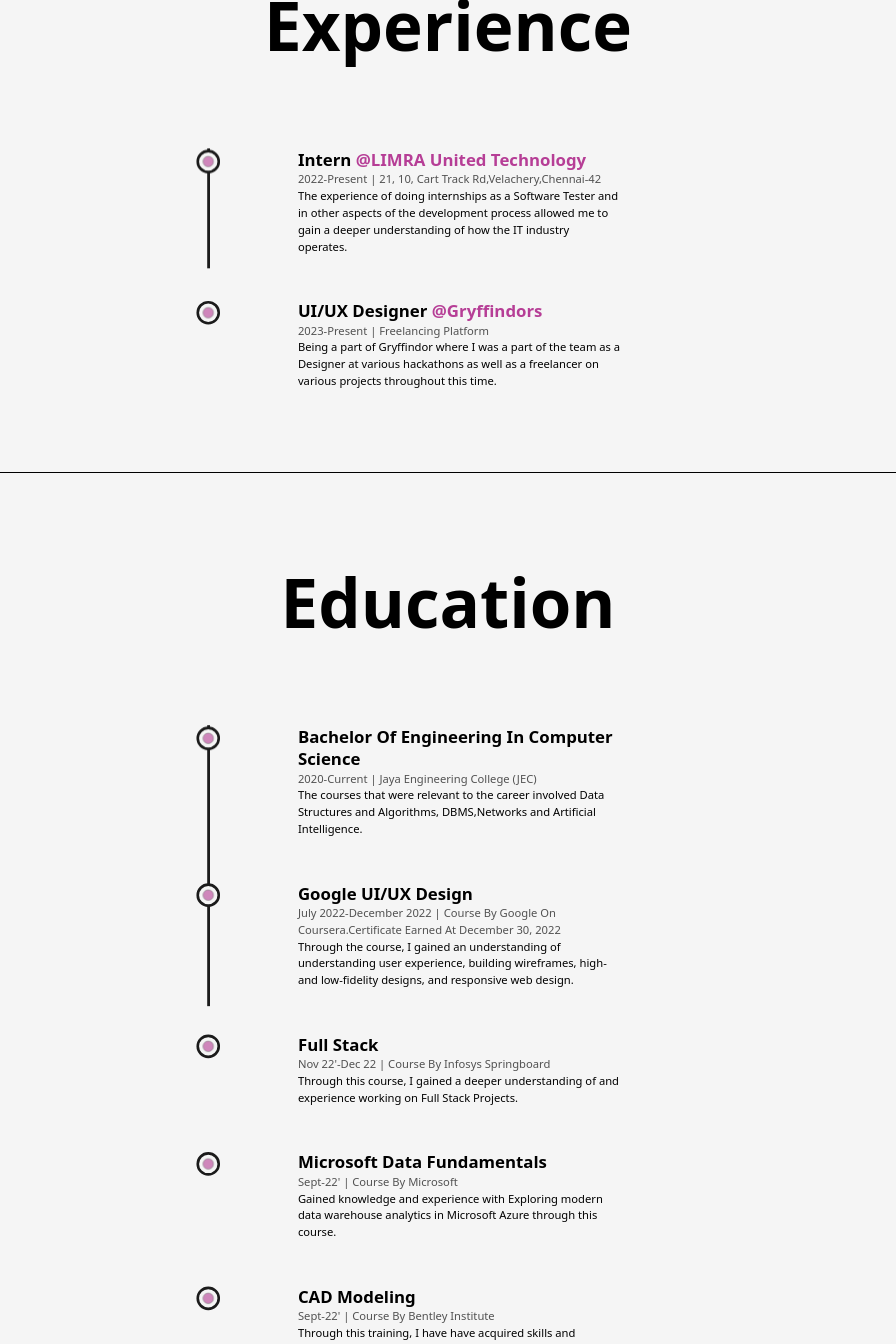
Repository: SMaheshwaran/PP
Page: /about
An editor plug-in stored every save of this project. The page is shown before and after the next save, followed by the edit.
The browser window is 1280 px wide. The pictures show the part of the page from y = 2230 to 4150 px (the page is 5036 px tall before and 5060 px after), at 70% of full size.
The project was rebuilt for these pictures with package versions that can differ from the ones it lists, and the page was loaded fresh each time. The framework's server and built-in components were replaced by stand-ins that run in the browser. Also part of the build but not shown: next.config.js.

Above is the page before, as saved 2023-06-23 16:20:35.

### src/pages/_app.js
import Footer from '@/components/Footer';
import NavBar from '@/components/NavBar';
import '@/styles/globals.css'
import {Montserrat} from "next/font/google"
import Head from 'next/head'
import {AnimatePresence } from "framer-motion"
import { useRouter } from 'next/router';

const montserrat = Montserrat({
  subsets: ["latin"],
  variable:"--font-mont"
})

export default function App({ Component, pageProps }) {
  const router = useRouter();
  return (
    <>
    < Head>
    <meta name="viewport" content="width=device-width, initial-scale=1" />
    <link rel="icon" href="/favicon.ico" />
    </Head>

    <main className={`${montserrat.variable} font-mont bg-light dark:bg-dark w-full min-h-screen`}>
      <NavBar />
      <AnimatePresence mode="wait">
        <Component key={router.asPath} {...pageProps} />
      </AnimatePresence>
      <Footer />
  </main>
    </>
  );
}

### src/pages/_document.js
import { Html, Head, Main, NextScript } from 'next/document'
import Script from 'next/script'

export default function Document() {
  return (
    <Html lang="en">
      <Head />
      <body>
        <Script id="theme-switcher" strategy='beforeInteractive'>
          {`if (localStorage.theme === 'dark' || (!('theme' in localStorage) && window.matchMedia('(prefers-color-scheme: dark)').matches)) {
  document.documentElement.classList.add('dark')
} else {
  document.documentElement.classList.remove('dark')
}`}
        </Script>
        <Main />
        <NextScript />
      </body>
    </Html>
  )
}

### src/components/Footer.js
import React from 'react'
import Layout from './Layout'
import Link from 'next/link'

const Footer = () => {
  return (
    <footer className='w-full text-lg font-medium border-t-2 border-solid border-dark dark:text-light dark:border-light sm:text-base'>
        <Layout className='flex items-center justify-between py-8 lg:flex-col lg:py-6'>
            <span>{new Date().getFullYear()} &copy; All Rights Reserved.</span>
            <div className='flex items-center lg:py-2'>
                Build With <span className='px-1 text-2xl text-primary dark:text-primaryDark'>&#9825;</span>
            by&nbsp;<Link href="https://instagram.com/__._.mahi._._?igshid=ZDdkNTZiNTM=" target={"_blank"} className='underline underline-offset-2'>Mahesh</Link>
            </div>
            <Link href="https://www.instagram.com/mui_mux/" target={"_blank"} className='underline underline-offset-2'>Ping Me!</Link>
        </Layout>
    </footer>
  )
}

export default Footer

### src/components/AnimatedText.js
import React from 'react'
import {motion } from 'framer-motion'

const quote = {
    initial:{
        opactiy:1,
    },
    animate:{
       opactiy:1,
       transition:{
           delay:0.5,
           staggerChildren: 0.08,

       }
    }
}

const singleWord = {
    initial:{
        opactiy:0,
        y:50,
    },
    animate:{
       opactiy:1,
       y:0,
       transition:{
           duration:1,
       }
    }
}

const AnimatedText = ({text, className=""}) => {
  return (
    <div className='flex items-center justify-center w-full py-2 mx-auto overflow-hidden text-center sm:py-0'>
        <motion.h1 className={`inline-block w-full text-dark font-bold capitalize text-8xl dark:text-light ${className}`}
        variants={quote}
        initial="initial"
        animate="animate"
        >
            {

                text.split(" ").map((word,index) =>
                <motion.span key={word+'-'+index} className="inline-block"
                variants={singleWord}
                >
                    {word}&nbsp;
                </motion.span>
                )
            }
            </motion.h1>
        </div>
  )
}

export default AnimatedText

### src/components/Layout.js
import React from 'react'

const Layout = ({children,className=""}) => {
  return (
    <div className={`w-full h-full inline-block z-0 bg-light p-32 dark:bg-dark xl:p-24 lg:p-16 md:p-12 sm:p-8  ${className}`}>
        {children}
    </div>
  )
}

export default Layout

### src/components/Skills.js
import React from 'react'
import {motion} from "framer-motion"

const Skill = ({name,x,y}) => {

  return(
    <motion.div className='flex items-center justify-center rounded-full font-semibold bg-dark text-light
    py-3 px-6 shadow-dark cursor-pointer absolute dark:text-dark dark:bg-light
    lg:py-2 lg:px-4 md:text-sm md:py-1.5 md:px-3 xs:bg-transparent xs:dark:bg-transparent
    xs:text-dark xs:dark:text-light xs:font-bold
    '
    whileHover={{scale:1.05}}
    initial={{x:0,y:0}}
    whileInView={{ x:x, y:y, transition: {duration:1.5} }}
    viewport={{once:true}}
    >
      {name}
    </motion.div>
  )
}

const Skills = () => {
  return (
    <>
    <h2 className='w-full mt-64 font-bold text-center text-8xl md:text-6xl md:mt-32'>Skills</h2>
    <div className='relative flex items-center justify-center w-full h-screen rounded-full bg-circularLight dark:bg-circularDark
    lg:h-[80vh] sm:h-[60vh] xs:h-[50vh]
    lg:bg-circularLightLg lg:dark:bg-circularDarkLg
    md:bg-circularLightMd md:dark:bg-circularDarkMd
    sm:bg-circularLightSm sm:dark:bg-circularDarkSm
    '>
      <motion.div className='flex items-center justify-center p-8 font-semibold rounded-full cursor-pointer bg-dark text-light shadow-dark dark:text-dark dark:bg-light lg:p-6 md:p-4 xs:text-xs xs:p-2 '
      whileHover={{scale:1.05}}
      >Web
      </motion.div>

      <Skill name="HTML" x="-20vw" y="2vw"/>
      <Skill name="CSS" x="3vw" y="-7vw"/>
      <Skill name="Javascript" x="20vw" y="4vw"/>
      <Skill name="ReactJS" x="-10vw" y="11vw"/>
      <Skill name="NextJS" x="-22vw" y="-15vw"/>
      <Skill name="Web Design" x="32vw" y="-6vw"/>
      <Skill name="Graphic Design" x="15vw" y="-15vw"/>
      <Skill name="Figma" x="-7vw" y="-21vw"/>
      <Skill name="Tailwindcss" x="-29vw" y="18vw"/>
      <Skill name="Adobe XD" x="9vw" y="-24vw"/>



    </div>
    </>
  )
}

export default Skills

### src/components/Experience.js
import {React,useRef } from 'react';
import { motion,useScroll } from "framer-motion"
import LiIcon from './LiIcon';

const Details = ({position,company,companyLink,time,address,work}) =>{
    const ref = useRef(null);


    return (

    <li ref={ref} className="my-8 first:mt-0 last:mb-0 w-[60%] mx-auto flex flex-col items-center justify-between md:w-[80%]">

           <LiIcon reference={ref}/>
            <motion.div
            initial={{y:50}}
            whileInView={{y:0}}
            transition={{duration:0.5,type:"spring"}}
            >
                <h3 className="text-2xl font-bold capitalize sm:text-xl xs:text-lg">{position}&nbsp;<a href={companyLink}
                target="_blank"
                className="capitalize dark:text-primaryDark text-primary"
                >@{company}</a></h3>
                <span className="font-medium capitalize text-dark/75 dark:text-light/75 xs:text-sm">
                   {time} | {address}
                </span>
                <p className="w-full font-medium md:text-sm">
                    {work}
                </p>
            </motion.div>
     </li>
  );
};



const Experience = () => {
    const ref = useRef (null);
    const {scrollYProgress} = useScroll(
        {
            target: ref,
            offset: ["start end", "center start"]

        }
    )
  return (
    <div className="my-64">
     <h2 className="w-full mb-32 font-bold text-center text-8xl md:text-6xl xs:text-4xl md:mb-16">
         Experience
         </h2>

    <div ref={ref}className="w-[75%] mx-auto relative lg:w-[90%] md:w-full">

<motion.div
style={{scaleY: scrollYProgress}}
className="absolute left-10 top-0 w-[4px] h-full bg-dark origin-top bg-dark origin-top dark:bg-light
md:w-[2px] md:left-[35px] xs:left-[33px]
"/>
        <ul className="flex flex-col items-start justify-between w-full ml-4 xs:ml-5">
            <Details
            position="Intern"
            company="LIMRA United Technology"
            commpanyLink="https://www.linkedin.com/company/limraunited/mycompany/"
            time="2022-Present"
            address="21, 10, Cart Track Rd,Velachery,Chennai-42"
            work="The experience of doing internships as a Software Tester and in other aspects of the development process allowed me to gain a deeper understanding of how the IT industry operates."
            />

<Details
            position="UI/UX Designer"
            company="Gryffindors"
            commpanyLink="https://gryffindors.vercel.app/"
            time="2023-Present"
            address="Freelancing Platform"
            work="Being a part of Gryffindor where I was a part of the team as a Designer at various hackathons as well as a freelancer on various projects throughout this time."
            />




        </ul>

        </div>

    </div>
  )
}

export default Experience

### src/components/Education.js
import {React,useRef } from 'react';
import { motion,useScroll } from "framer-motion"
import LiIcon from './LiIcon';

const Details = ({type,time,place,info}) =>{
    const ref = useRef(null);


    return (

    <li ref={ref} className="my-8 first:mt-0 last:mb-0 w-[60%] mx-auto flex flex-col items-center justify-between md:w-[80%]">

           <LiIcon reference={ref}/>
            <motion.div
            initial={{y:50}}
            whileInView={{y:0}}
            transition={{duration:0.5,type:"spring"}}
            >
                <h3 className="text-2xl font-bold capitalize sm:text-xl xs:text-lg">
                    {type}
                </h3>
                <span className="font-medium capitalize text-dark/75 dark:text-light/75 xs:text-sm">
                   {time} | {place}
                </span>
                <p className="w-full font-medium md:text-sm">
                    {info}
                </p>
            </motion.div>
     </li>
  );
};



const Education = () => {
    const ref = useRef (null);
    const {scrollYProgress} = useScroll(
        {
            target: ref,
            offset: ["start end", "center start"]

        }
    )
  return (
    <div className="my-64">
     <h2 className="w-full mb-32 font-bold text-center text-8xl md:text-6xl xs:text-4xl md:mb-16">
     Education
         </h2>

    <div ref={ref}className="w-[75%] mx-auto relative lg:w-[90%] md:w-full">

<motion.div
style={{scaleY: scrollYProgress}}
className="absolute left-10 top-0 w-[4px] h-full bg-dark origin-top bg-dark origin-top dark:bg-light
md:w-[2px] md:left-[35px] xs:left-[33px]"/>
        <ul className="flex flex-col items-start justify-between w-full ml-4 xs:ml-5">
            <Details
            type="Bachelor Of Engineering In Computer Science"
            time="2020-Current"
            place="Jaya Engineering College (JEC)"
            info=" The courses that were relevant to the career involved Data Structures and Algorithms, DBMS,Networks and Artificial Intelligence."
            />
            <Details
            type="Google UI/UX Design"
            time="July 2022-December 2022"
            place="Course By Google on Coursera.Certificate earned at December 30, 2022  "
            info="Through the course, I gained an understanding of understanding user experience, building wireframes, high- and low-fidelity designs, and responsive web design."
            />
             <Details
            type="Full Stack"
            time="Nov 22'-Dec 22"
            place="Course By Infosys Springboard"
            info="Through this course, I gained a deeper understanding of and experience working on Full Stack Projects."
            />
            <Details
            type="Microsoft Data Fundamentals"
            time="Sept-22'"
            place="Course By Microsoft"
            info="Gained knowledge and experience with Exploring
            modern data warehouse analytics in Microsoft Azure through this course."
            />
              <Details
            type="CAD Modeling"
            time="Sept-22'"
            place="Course By Bentley Institute"
            info="Through this training, I have have acquired skills and knowledge that helps in 2D/3D CAD Modeling of Building Design"
            />
            <Details
            type="Robotics Automation Process"
            time="Oct-22'"
            place="Course By Automation Anywhere"
            info="Through this training, I have have acquired skills and knowledge that allows
             to continue my journey to Robotics Process Automation success."
            />
            <Details
            type="Python"
            time="Jan-2019'"
            place="Course By University Of Michigan"
            info="An online non-credit course authorized by University of Michigan and offered through
            Coursera on PYTHON"
            />
        </ul>

        </div>

    </div>
  )
}

export default Education

### src/components/TransitionEffect.js
import React from 'react'
import { motion } from 'framer-motion'

const TransitionEffect = () => {
  return (
    <>
    <motion.div className='fixed top-0 bottom-0 z-30 w-screen h-screen right-full bg-blue'
    initial={{x:"100%",width:"100"}}
    animate={{x:"0%",width:"0"}}
    exit={{x:["0%","100%"],width:["0%","100%"]}}
    transition={{duration:0.8,ease:"easeInOut"}}
    />
    <motion.div className='fixed top-0 bottom-0 z-20 w-screen h-screen right-full bg-light'
    initial={{x:"100%",width:"100"}}
    animate={{x:"0%",width:"0"}}
    transition={{delay:0.2,duration:0.8,ease:"easeInOut"}}
    />
    <motion.div className='fixed top-0 bottom-0 z-10 w-screen h-screen right-full bg-dark'
    initial={{x:"100%",width:"100"}}
    animate={{x:"0%",width:"0"}}
    transition={{delay:0.4,duration:0.8,ease:"easeInOut"}}
    />
    </>
  )
}

export default TransitionEffect

### src/components/BackToTop.js
import React, { useState, useEffect } from 'react';
import { BsArrowUpCircleFill } from "react-icons/bs";

const BackToTop = () => {
  const [showButton, setShowButton] = useState(false);

  useEffect(() => {
    const handleScroll = () => {
      const currentPosition = window.pageYOffset;
      if (currentPosition > 200) {
        setShowButton(true);
      } else {
        setShowButton(false);
      }
    };
    window.addEventListener('scroll', handleScroll);
    return () => {
      window.removeEventListener('scroll', handleScroll);
    };
  }, []);

  const handleClick = () => {
    window.scrollTo({
      top: 0,
      behavior: 'smooth',
    });
  };

  return (
    <>
      {showButton && (
        <div
          className="fixed z-50 bottom-4 right-4"
          onClick={handleClick}
          role="button"
          aria-label="Back to top"
        >
          <BsArrowUpCircleFill className="text-4xl border border-transparent border-solid rounded-full text-dark bg-dark text-light dark:border-light" />
        </div>
      )}
    </>
  );
};

export default BackToTop;

### src/components/logo.js
import Link from 'next/link'
import React from 'react'
import {motion}  from "framer-motion";

const MotionLink = motion(Link);

const logo = () => {
  return (
    <div className='flex items-center mt-2 justify-centre'>
        <MotionLink href="/"
            className='flex items-center justify-center w-16 h-16 text-2xl font-bold border border-transparent border-solid rounded-full bg-dark text-light dark:border-light'
            whileHover={{
                backgroundColor:["#121212", "rgba(131,58,180,1)","rgba(253,29,29,1)","rgba(252,176,69,1)","rgba(131,58,180,1)", "#121212"],
                transition:{duration:1, repeat: Infinity}
            }}

            >M</MotionLink>
        </div>
  )
}

export default logo

### src/components/hooks/useThemeSwitcher.js
import React, {useEffect, useState} from 'react'

const useThemeSwitcher = () => {

    const preferDarkQuery = "(prefer-color-scheme: dark)";
    const [mode,setMode] = useState("");

    useEffect(() => {
        const mediaQuery = window.matchMedia(preferDarkQuery);
        const userPref = window.localStorage.getItem("theme");

        const handleChange = () => {
            if(userPref){
                let check = userPref == "dark" ? "dark" : "light";
                setMode(check);
                if(check=="dark"){
                    document.documentElement.classList.add("dark")
                }else{
                    document.documentElement.classList.remove("dark")
                }
            }else{
                let check = mediaQuery.matches ? "dark" : "light";
                setMode(check);
                if(check=="dark"){
                    document.documentElement.classList.add("dark")
                }else{
                    document.documentElement.classList.remove("dark")
                }
            }
        }

        handleChange();

        mediaQuery.addEventListener("change",handleChange)

         return () => mediaQuery.removeEventListener("change",handleChange)
    }, [])

    useEffect(() => {
        if(mode === "dark"){
            window.localStorage.setItem("theme","dark");
            document.documentElement.classList.add("dark")
        }

        if(mode === "light"){
            window.localStorage.setItem("theme","light");
            document.documentElement.classList.remove("dark")
        }
    }, [mode])

  return [mode, setMode]
}

export default useThemeSwitcher

### src/components/LiIcon.js
import React from 'react'
import { motion,useScroll } from 'framer-motion'

const LiIcon = ({reference}) => {

  const {scrollYProgress} = useScroll(
      {
          target: reference,
          offset: ["center end", "center center"]

      }
  )

  return (
    <figure className='absolute left-1 stroke-dark dark:stroke-light'>
      <svg className='-rotate-90 md:w-[60px] md:h-[60px] xs:h-[40px] xs:h-[40px] ' width="75" height="75" viewBox='0 0 100 100' >
        <circle cx="75" cy="50" r="20" className='stroke-1 stroke-primary dark:stroke-primaryDark fill-none'/>
        <motion.circle cx="75" cy="50" r="20" className='stroke-[5px] fill-light dark:fill-dark'
        style={{
          pathLength : scrollYProgress
        }}
        />

        <circle cx="75" cy="50" r="10" className='stroke-1 animate-pulse fill-primary dark:fill-primaryDark'/>

      </svg>
    </figure>
  )
}

export default LiIcon

### tailwind.config.js
/** @type {import('tailwindcss').Config} */

const { fontFamily } = require('tailwindcss/defaultTheme')



module.exports = {
  content: [
    // Or if using `src` directory:
    "./src/**/*.{js,ts,jsx,tsx}",
  ],
  darkMode: 'class',
  theme: {
    extend: {
      fontFamily: {
        mont: ['var(--font-inter)', ...fontFamily.sans],
      },
      colors:{
        dark: "#1b1b1b",
        light: "#f5f5f5",
        blue:  "#000336",
        primary: "#B63E96", // 240,86,199
        primaryDark: "#58E6D9", // 80,230,217
        wlight:	"#8B0000",
        wDark:"DC143C"

      },
      animation:{
        'spin-slow': 'spin 8s linear infinite',
      },
      backgroundImage:{
        circularLight:
        "repeating-radial-gradient(rgba(0,0,0,0.4) 2px,#f5f5f5 5px,#f5f5f5 100px)",

    circularDark:
        "repeating-radial-gradient(rgba(255,255,255,0.5) 2px,#1b1b1b 8px,#1b1b1b 100px)",

    circularLightLg:
        "repeating-radial-gradient(rgba(0,0,0,0.4) 2px,#f5f5f5 5px,#f5f5f5 80px)",

    circularDarkLg:
        "repeating-radial-gradient(rgba(255,255,255,0.5) 2px,#1b1b1b 8px,#1b1b1b 80px)",

    circularLightMd:
        "repeating-radial-gradient(rgba(0,0,0,0.4) 2px,#f5f5f5 5px,#f5f5f5 60px)",

    circularDarkMd:
        "repeating-radial-gradient(rgba(255,255,255,0.5) 2px,#1b1b1b 6px,#1b1b1b 60px)",

    circularLightSm:
        "repeating-radial-gradient(rgba(0,0,0,0.4) 2px,#f5f5f5 5px,#f5f5f5 40px)",

    circularDarkSm:
        "repeating-radial-gradient(rgba(255,255,255,0.5) 2px,#1b1b1b 4px,#1b1b1b 40px)",
      }
    },
    screens: {
      "2xl": { max: "1535px" },
      // => @media (max-width: 1535px) { ... }

      xl: { max: "1279px" },
      // => @media (max-width: 1279px) { ... }

      lg: { max: "1023px" },
      // => @media (max-width: 1023px) { ... }

      md: { max: "767px" },
      // => @media (max-width: 767px) { ... }

      sm: { max: "639px" },
      // => @media (max-width: 639px) { ... }

      xs: { max: "479px" },
      // => @media (max-width: 479px) { ... }
  },
  },
 plugins: [],
}

Loaded but not shown: src/styles/globals.css (common file); src/components/icon.js (462 lines, source omitted); src/components/NavBar.js (221 lines, source omitted); src/pages/about.js (110 lines, source omitted)

After the next save:
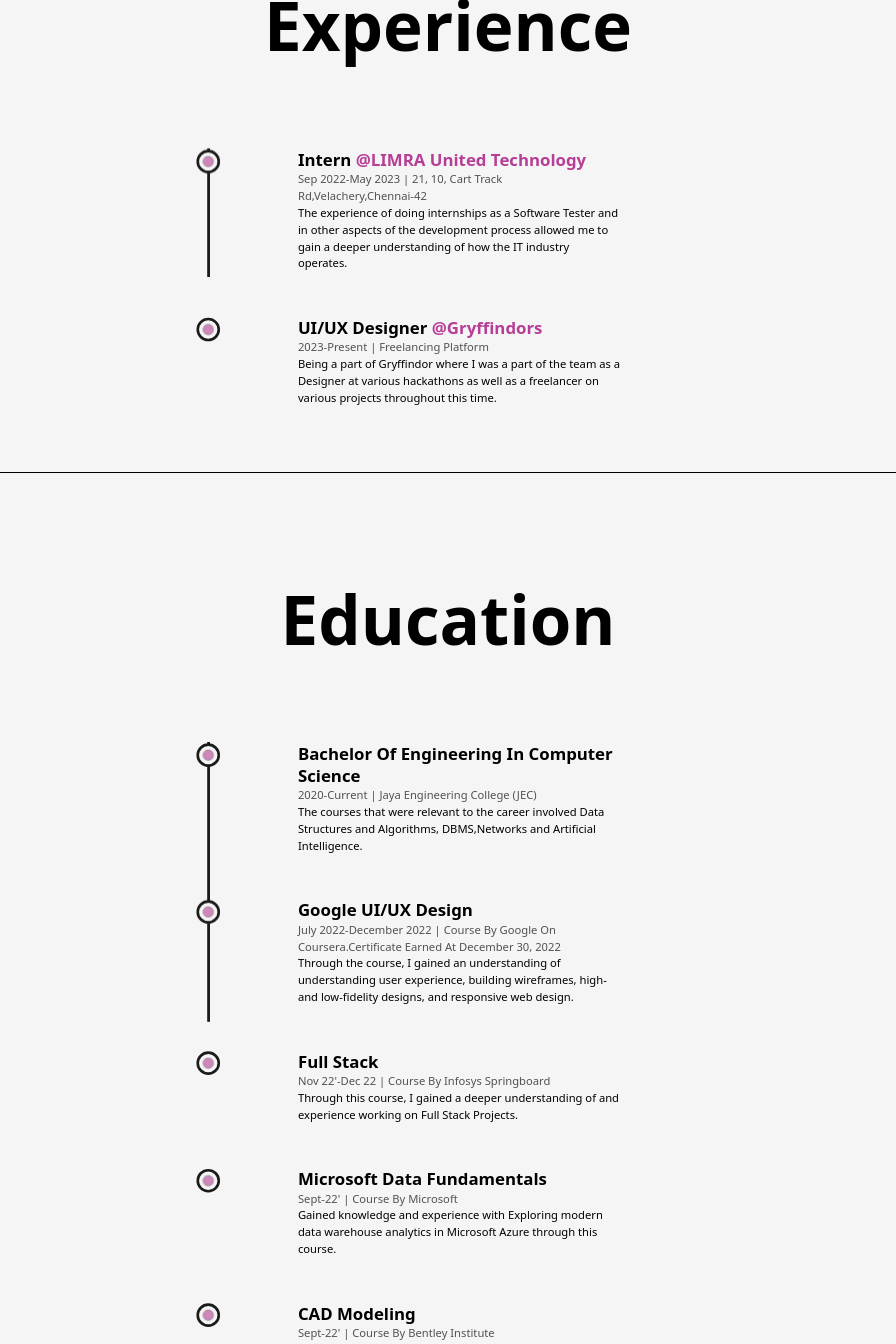
Saved 8 min 51 s later.
--- a/src/components/Experience.js
+++ b/src/components/Experience.js
@@ -60,7 +60,7 @@ md:w-[2px] md:left-[35px] xs:left-[33px]
             position="Intern"
             company="LIMRA United Technology"
             commpanyLink="https://www.linkedin.com/company/limraunited/mycompany/"
-            time="2022-Present"
+            time="Sep 2022-May 2023"
             address="21, 10, Cart Track Rd,Velachery,Chennai-42"
             work="The experience of doing internships as a Software Tester and in other aspects of the development process allowed me to gain a deeper understanding of how the IT industry operates."
             />
